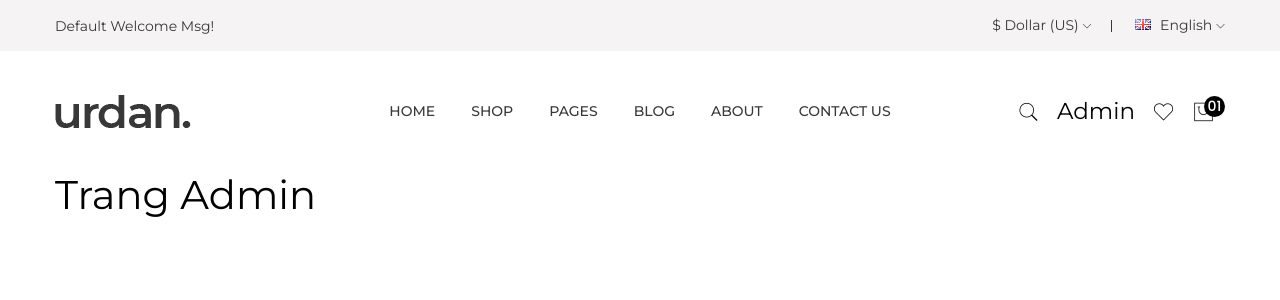
Repository: kasaiKikuya/urdan-shop
Page: /admin
These files come from the project's save history. The page is drawn as it stood at one moment and after the next save; the edit follows.
The browser window is 1280 px wide. The pictures show the whole page.
The project was rebuilt for these pictures with package versions that can differ from the ones it lists, and the page was loaded fresh each time. Also part of the build but not shown: src/assets/css/plugins/aos.css, src/assets/css/plugins/magnific-popup.css, src/assets/css/plugins/select2.min.css, src/assets/css/plugins/easyzoom.css, src/assets/css/plugins/slinky.css.

Above is the page before, as saved 2022-01-21 21:03:12.

After the next save:
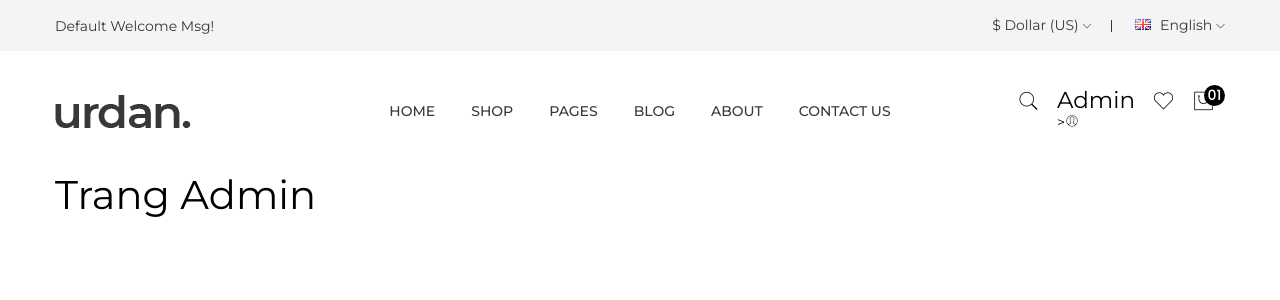
Saved 64 s later.
--- a/src/components/common/Header.vue
+++ b/src/components/common/Header.vue
@@ -208,7 +208,9 @@
                 </div>
               </div>
               <div class="header-action-style">
-                <router-link to="/admin">Admin</router-link>
+                 <router-link to="/admin">Admin</router-link>
+                  ><i class="pe-7s-user"></i
+                ></a>
               </div>
               <div class="header-action-style">
                 <a title="Wishlist" href="wishlist.html"
